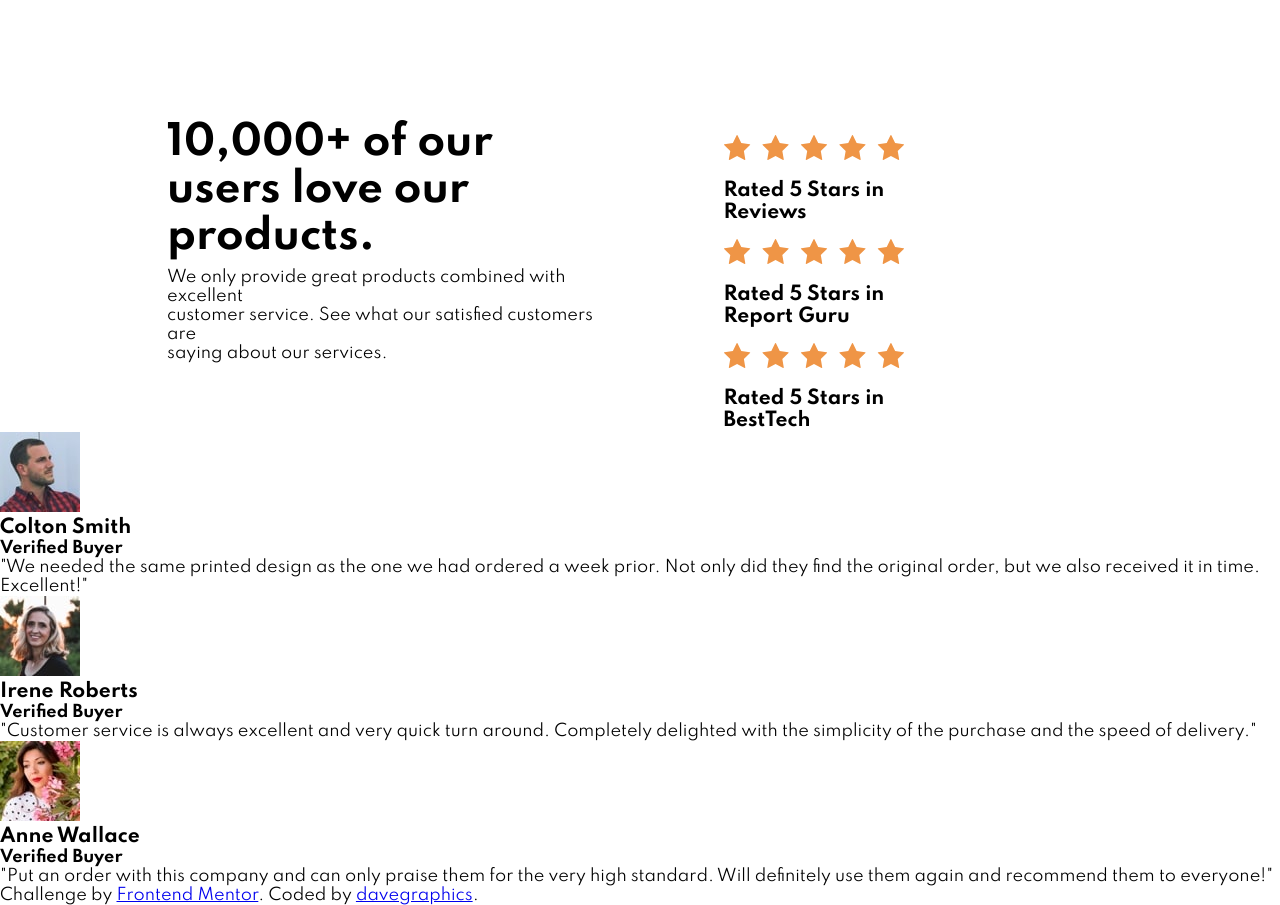
Repository: DejV44/social-proof-section-master
Page: index.html
The author's editor kept a copy of each file at every save. The page is drawn from the files as they stood at one save, then again after the next save.
The browser window is 1280 px wide. The pictures show the whole page.
The style sheet was rebuilt from its Sass, Less or Tailwind sources for each picture, by a compiler version that may differ from the author's.

Above is the page before, as saved 2021-06-24 20:39:50.

After the next save:
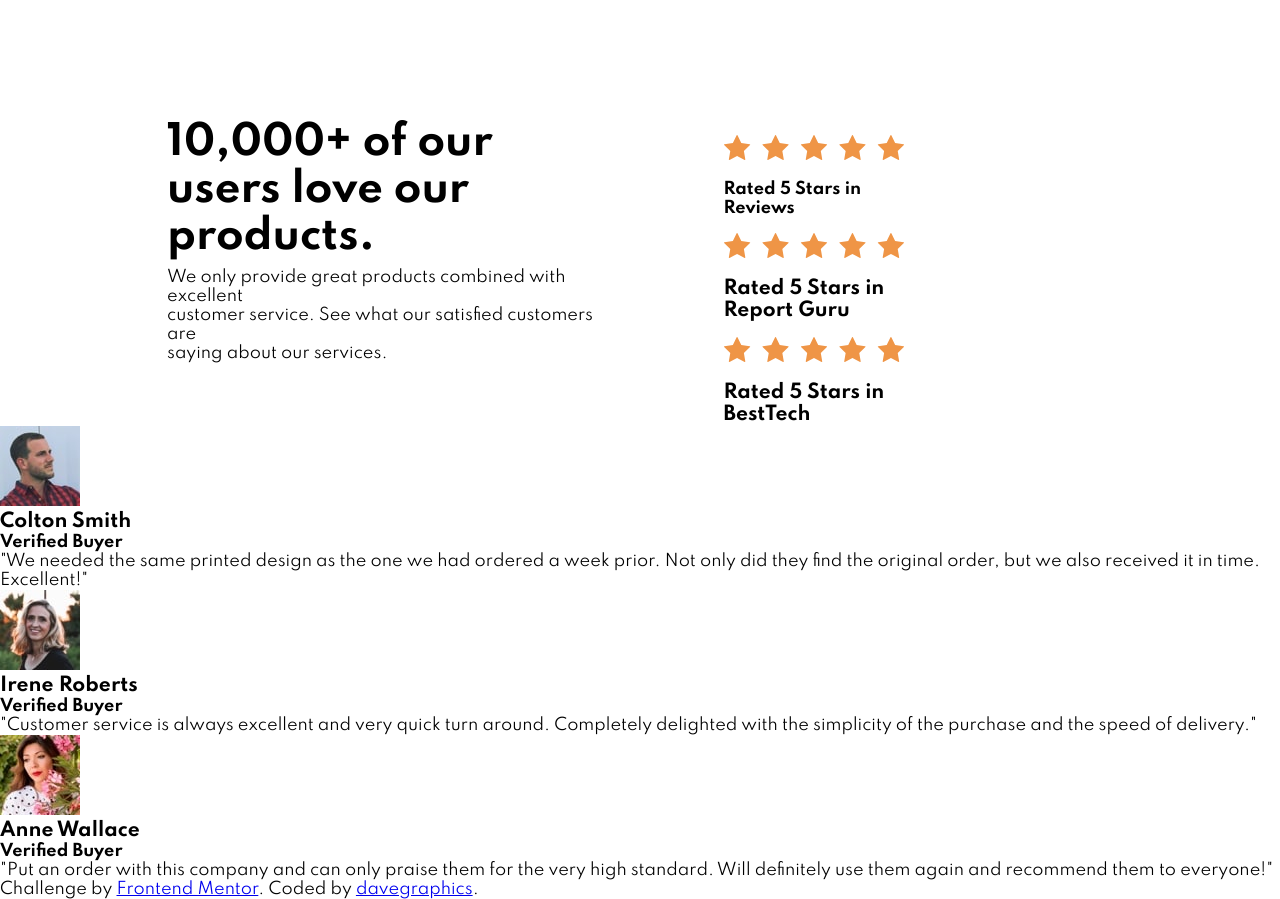
Saved 21 s later.
--- a/index.html
+++ b/index.html
@@ -18,7 +18,7 @@
             <ul>
                 <li class="item1">
                     <img src="../img/stars.svg" alt="stars">
-                    <h3>Rated 5 Stars in Reviews</h3>
+                    <h4>Rated 5 Stars in Reviews</h4>
                 </li>
             </ul>
 
